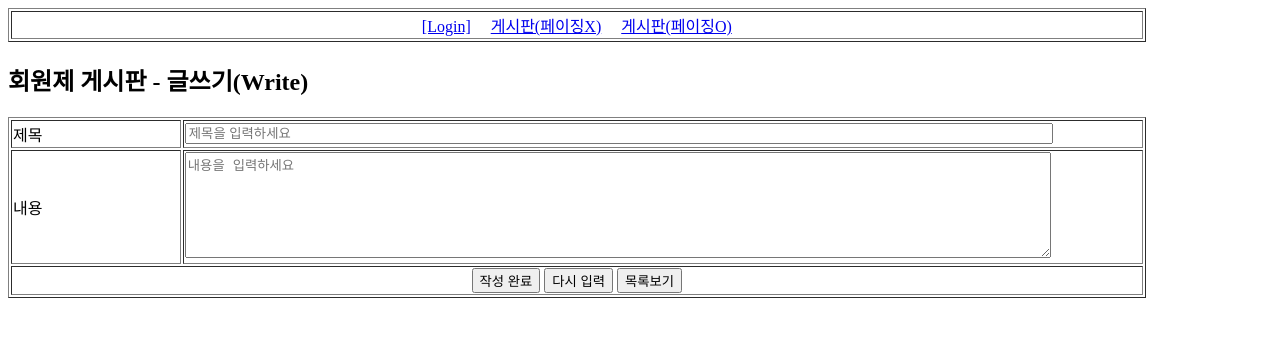
Repository: Jadedvst/Java_JSP-Servlet
Page: http://localhost/MustHaveJSP/mvcboard/edit.do
The author's editor kept a copy of each file at every save. The page is drawn from the files as they stood at one save, then again after the next save.
The browser window is 1280 px wide. The pictures show the whole page.
The page is served by Tomcat 10. Queries for data that is not in the repository find no rows.

Above is the page before, as saved 2023-12-21 04:17:25.

After the next save:
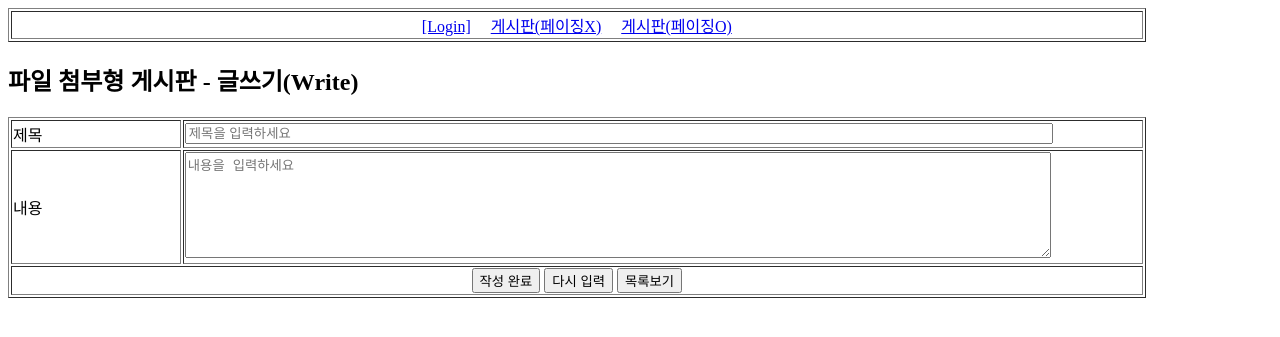
Saved 86 s later.
--- a/MustHaveJSP/src/main/webapp/14MVCBoard/Edit.jsp
+++ b/MustHaveJSP/src/main/webapp/14MVCBoard/Edit.jsp
@@ -31,13 +31,13 @@
 	}
 </script>
 
-<title>회원제 게시판</title>
+<title>파일 첨부형 게시판</title>
 </head>
 <body>
 <jsp:include page="../Common/Link.jsp"/>
-<h2>회원제 게시판 - 글쓰기(Write)</h2>
+<h2>파일 첨부형 게시판 - 글쓰기(Write)</h2>
 
-<form action="./WriteProcess.jsp" method="post" name="writeFrm"
+<form action="./mvcboard/write.do" method="post" name="writeFrm" enctype="multipart/form-data"
 			onsubmit="return validateForm(this);"> <!-- false일시 출력 안됨 -->
 	<table border="1" width="90%">
 		<tr>
